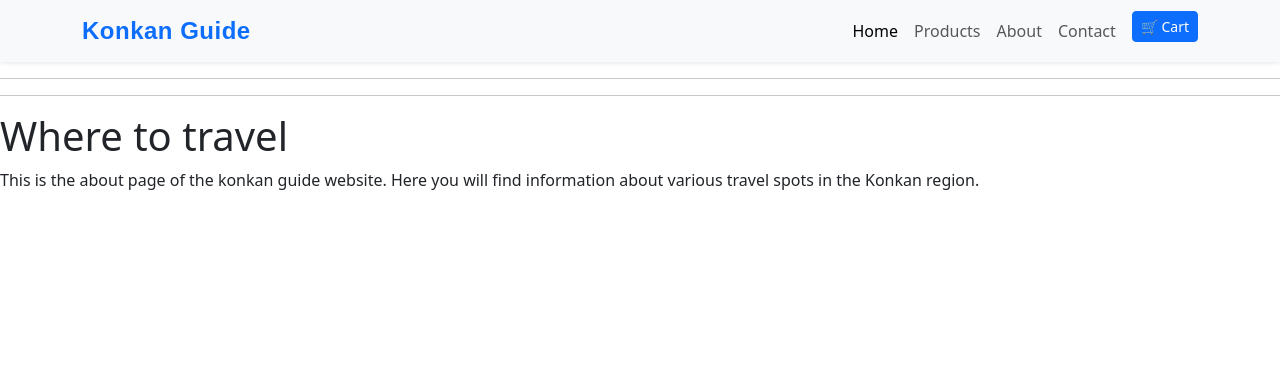
Repository: Indranil-sawant/konkan
Page: http://localhost/about/
These files come from the project's save history. The page is drawn as it stood at one moment and after the next save; the edit follows.
The browser window is 1280 px wide. The pictures show the whole page.
The page is served by the project's application, run on Django 5.2 (manage.py). Other server files are loaded and not shown.

Above is the page before, as saved 2025-11-13 15:23:52.

### food/templates/food/about.html
<!DOCTYPE html>
<!--[if lt IE 7]>      <html class="no-js lt-ie9 lt-ie8 lt-ie7"> <![endif]-->
<!--[if IE 7]>         <html class="no-js lt-ie9 lt-ie8"> <![endif]-->
<!--[if IE 8]>         <html class="no-js lt-ie9"> <![endif]-->
<!--[if gt IE 8]>      <html class="no-js"> <!--<![endif]-->
<html>
    <head>
        <meta charset="utf-8">
        <meta http-equiv="X-UA-Compatible" content="IE=edge">
        <title>second page</title>
        <meta name="description" content="">
        <meta name="viewport" content="width=device-width, initial-scale=1">
        <link rel="stylesheet" href="">
    </head>
    {% include "navbar.html" %}
    <body>
       <h1>Where to travel</h1>
         <p> This is the about page of the konkan guide website. Here you will find information about various travel spots in the Konkan region.</p>


{% block content %}

 {% endblock content %}
        <script src="" async defer></script>
    </body>
</html>

### templates/navbar.html
<link href="https://cdn.jsdelivr.net/npm/bootstrap@5.3.3/dist/css/bootstrap.min.css" rel="stylesheet">
<script src="https://cdn.jsdelivr.net/npm/bootstrap@5.3.3/dist/js/bootstrap.bundle.min.js"></script>


<!-- Navbar Start -->
<!-- Navbar Start -->
<nav class="navbar navbar-expand-lg navbar-light bg-light shadow-sm">
  <div class="container">
    <!-- Brand -->
    <a class="navbar-brand fw-bold text-primary" href="#">
      Konkan Guide
    </a>

    <!-- Mobile toggle -->
    <button class="navbar-toggler" type="button" data-bs-toggle="collapse" data-bs-target="#navbarNav"
      aria-controls="navbarNav" aria-expanded="false" aria-label="Toggle navigation">
      <span class="navbar-toggler-icon"></span>
    </button>

    <!-- Nav links -->
    <div class="collapse navbar-collapse justify-content-end" id="navbarNav">
      <ul class="navbar-nav mb-2 mb-lg-0">
        <li class="nav-item">
          <a class="nav-link active" href="#">Home</a>
        </li>
        <li class="nav-item">
          <a class="nav-link" href="#">Products</a>
        </li>
        <li class="nav-item">
          <a class="nav-link" href="#">About</a>
        </li>
        <li class="nav-item">
          <a class="nav-link" href="#">Contact</a>
        </li>
        <li class="nav-item">
          <a class="btn btn-primary btn-sm ms-2" href="#">🛒 Cart</a>
        </li>
      </ul>
    </div>
  </div>
</nav>
<!-- Navbar End -->

<!-- Navbar End -->
<hr>
<hr>

<style>
    .navbar-brand {
  font-family: 'Poppins', sans-serif;
  font-size: 1.5rem;
  letter-spacing: 0.5px;
}

.nav-link {
  font-weight: 500;
  transition: color 0.3s;
}

.nav-link:hover,
.nav-link.active {
  color: #007bff;
}
</style>

### food/views.py

from django.shortcuts import render
from django.http import HttpResponse
from .data.spots import foods, spots
# Create your views here.



context = {
        'foods': foods,
        'spots': spots
    }

def home(request):
    return render(request, 'food/index.html', context)

def home2(request):
    return render(request, 'food/about.html', {"spots":spots})

def home3(request ,pk):
    item = None
    for i in spots:
        if str(i['id']) == pk:
            item = i
            break
    return render(request, 'food/details.html', {"spot":item})

### konkan_guide/urls.py
"""
URL configuration for konkan_guide project.

The `urlpatterns` list routes URLs to views. For more information please see:
    https://docs.djangoproject.com/en/5.2/topics/http/urls/
Examples:
Function views
    1. Add an import:  from my_app import views
    2. Add a URL to urlpatterns:  path('', views.home, name='home')
Class-based views
    1. Add an import:  from other_app.views import Home
    2. Add a URL to urlpatterns:  path('', Home.as_view(), name='home')
Including another URLconf
    1. Import the include() function: from django.urls import include, path
    2. Add a URL to urlpatterns:  path('blog/', include('blog.urls'))
"""
from django.contrib import admin
from django.urls import path , include
from food.views import home , home2
urlpatterns = [
    path('admin/', admin.site.urls),
    path('', include('food.urls')),
]

### food/urls.py
from django.urls import path
from . import views
urlpatterns = [
    path('', views.home, name='home'),
    path('about/', views.home2, name='about'),
    path('details/<str:pk>/', views.home3, name='details'),
]   # URL patterns for food app

### food/data/spots.py
foods = {
        "Seafood": [
            "Bangda Fry",
            "Pomfret Fry",
            "Prawns Sukka",
            "Bombil Fry",
        ],
        "Veg Dishes": [
            "Solkadhi",
            "Alu Vadi",
            "Konkani Dal",
        ],
        "Rice & Bread": [
            "Ghavan",
            "Amboli",
            "Varan Bhaat",
        ],
    }

spots = [
    {"id": 1, "name": "Ganpatipule Beach", "category": "Beaches", "distance": 25, "rate": "Free"},
    {"id": 2, "name": "Bhatye Beach", "category": "Beaches", "distance": 2, "rate": "Free"},
    {"id": 3, "name": "Aare Ware Beach", "category": "Beaches", "distance": 10, "rate": "Free"},

    {"id": 4, "name": "Ganpatipule Mandir", "category": "Temples", "distance": 25, "rate": "Free"},
    {"id": 5, "name": "Pawas Ashram", "category": "Temples", "distance": 18, "rate": "Free"},

    {"id": 6, "name": "Ratnadurg Fort", "category": "Historical", "distance": 3, "rate": "Free"},
]

After the next save:
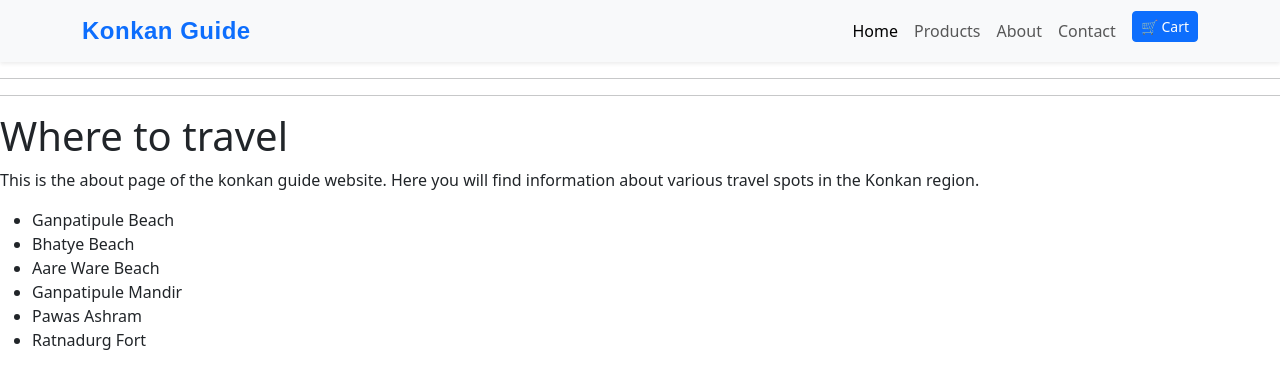
Saved 2 min 11 s later.
--- a/food/templates/food/about.html
+++ b/food/templates/food/about.html
@@ -19,7 +19,11 @@
 
 
 {% block content %}
-
+            <ul>
+                {% for spot in spots %}
+                <li>{{ spot.name }}</li>
+                {% endfor %}
+            </ul>
  {% endblock content %}
         <script src="" async defer></script>
     </body>
